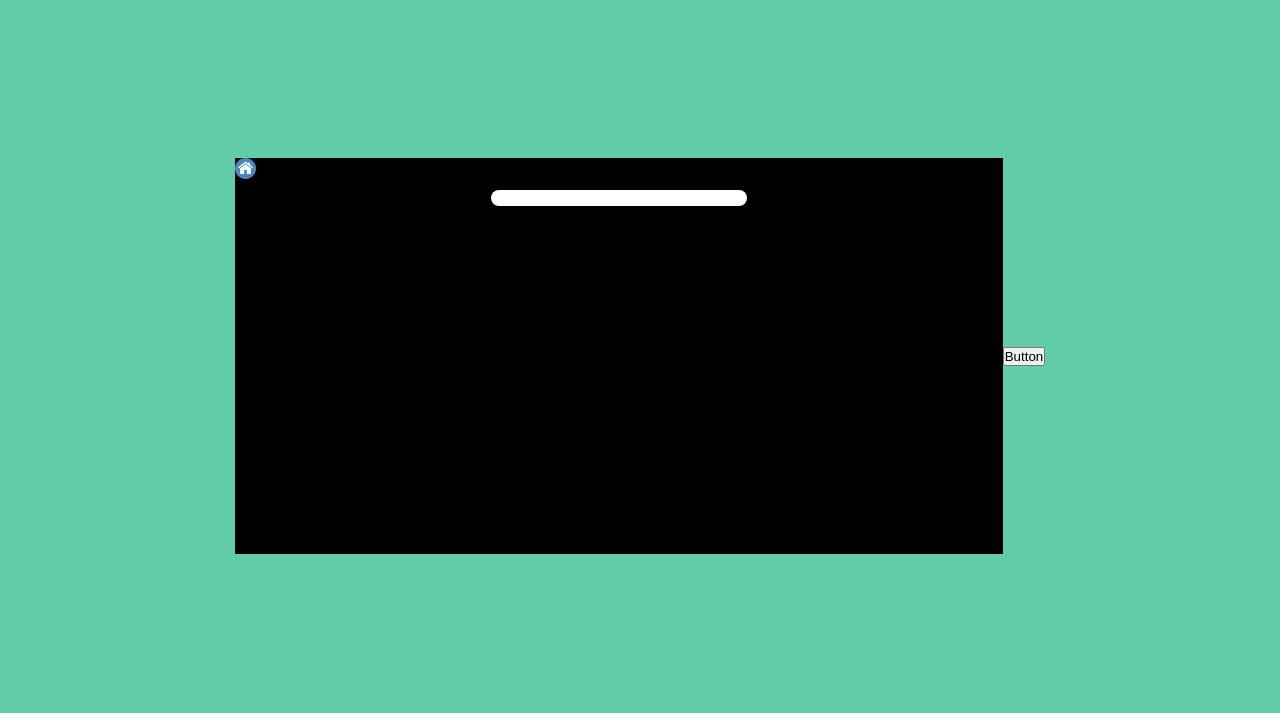
Repository: gitveerak/git-message-chat
Page: demo/demo1.html
These files come from the project's save history. The page is drawn as it stood at one moment and after the next save; the edit follows.
The browser window is 1280 px wide. The pictures show the whole page.

Above is the page before, as saved 2025-04-20 18:15:12.

### demo/demo1.html
<!DOCTYPE html>
<html lang="en">
<head>
    <meta charset="UTF-8">
    <meta name="viewport" content="width=device-width, initial-scale=1.0">
    <title>Demo Page</title>
    <style>
        *{
            padding: 0;
            margin: 0;
            box-sizing: border-box;
        }
        .wrap{
            height: 99vh;
            width: 100vw;
            background-color: rgb(97, 204, 168);
            display: flex;
            justify-content: center;
            align-items: center;
        }
        .wrap_inner{
            background-color: black;
            width: 60vw;
            height: 55vh;
            position: relative;
        }
        .icon_bar{
            position: absolute;
            top: 2em;
            left: 50%;
            transform: translateX(-50%);
            width: 20vw;
            height: 1em;
            border-radius: 5em;
            background-color: white;
        }
        .img_icon{
            vertical-align: bottom;
        }
    </style>
</head>
<body>
    <div class="wrap">
        <div class="wrap_inner">
            <div class="img_icon">
                <img src="home.png" alt="home_png">
                <div class="icon_bar">
                </div>
            </div>
        </div>
        <button type="button" onclick="btn()">Button</button>
    </div>
    <script>
        // const icon = document.querySelector('.icon');
        // function btn() {
        //     icon.style.display='block';
        //     setTimeout(() => {
        //     icon.style.display='none';
        //     }, 6000);
        // }
    </script>
</body>
</html>

After the next save:
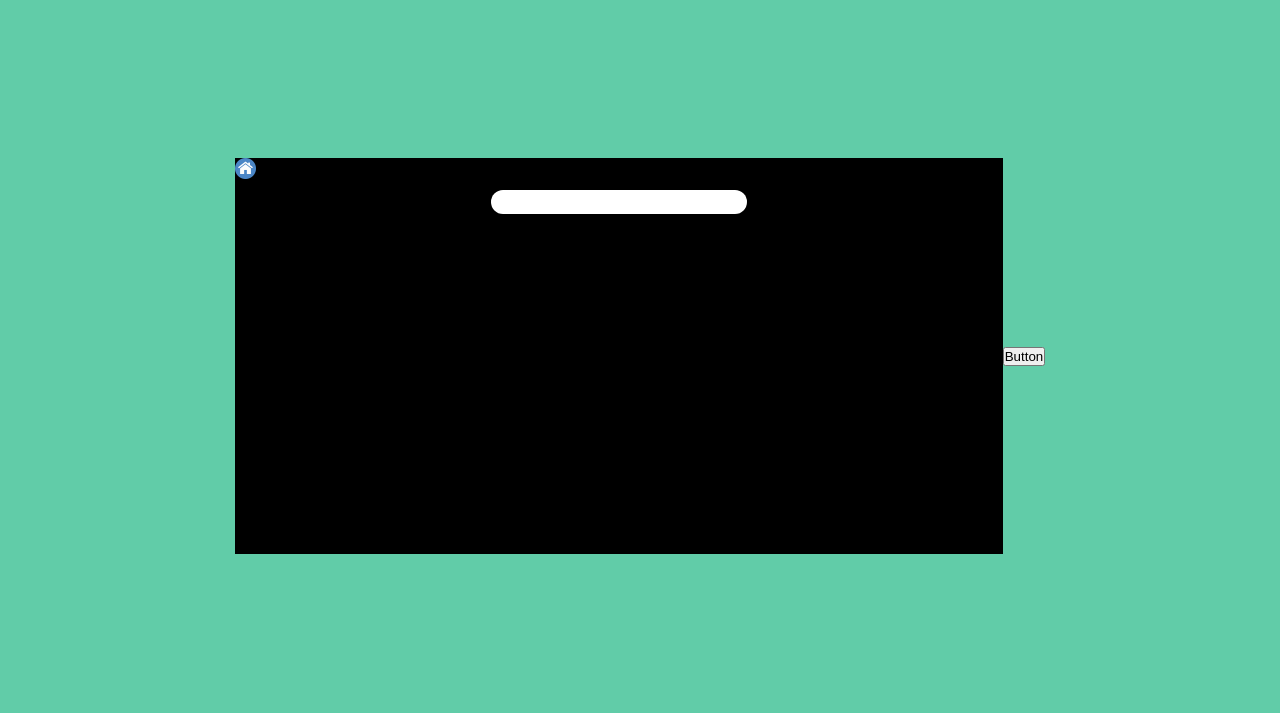
Saved 8 s later.
--- a/demo/demo1.html
+++ b/demo/demo1.html
@@ -30,7 +30,7 @@
             left: 50%;
             transform: translateX(-50%);
             width: 20vw;
-            height: 1em;
+            height: 1.5em;
             border-radius: 5em;
             background-color: white;
         }
